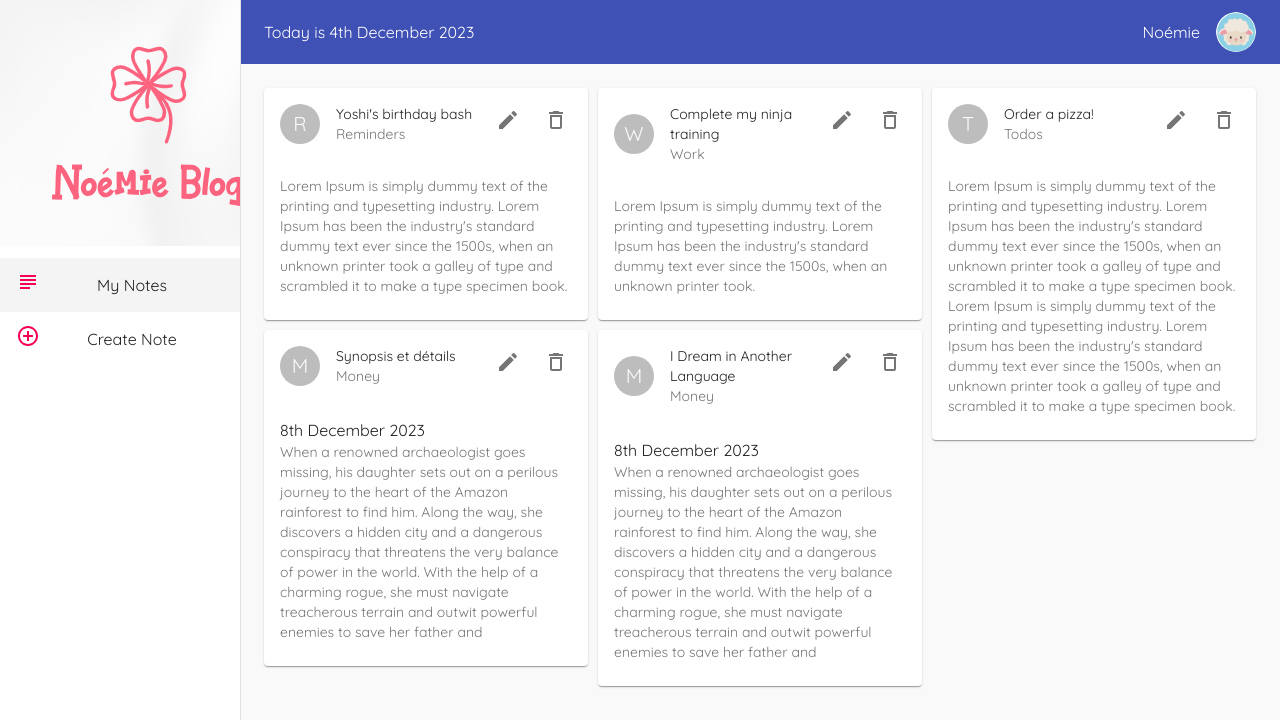
Repository: noemiepham/noemieblognote
Page: /
These files come from the project's save history. The page is drawn as it stood at one moment and after the next save; the edit follows.
The browser window is 1280 px wide. The pictures show the whole page.
The project was rebuilt for these pictures with package versions that can differ from the ones it lists, and the page was loaded fresh each time. Requests to the local data server were answered from the project's data file. Also part of the build but not shown: src/pages/Create.js.

Above is the page before, as saved 2023-12-08 15:30:38.

### public/index.html
<!DOCTYPE html>
<html lang="en">

<head>
  <meta charset="utf-8" />
  <meta name="viewport" content="width=device-width, initial-scale=1" />
  <meta name="theme-color" content="#000000" />
  <meta name="description" content="Web site created using create-react-app" />

  <link rel="stylesheet" href="https://fonts.googleapis.com/css?family=Roboto:300,400,500,700&display=swap" />
  <title>Material UI</title>
</head>

<body>
  <noscript>You need to enable JavaScript to run this app.</noscript>
  <div id="root"></div>
  <!--
      This HTML file is a template.
      If you open it directly in the browser, you will see an empty page.

      You can add webfonts, meta tags, or analytics to this file.
      The build step will place the bundled scripts into the <body> tag.

      To begin the development, run `npm start` or `yarn start`.
      To create a production bundle, use `npm run build` or `yarn build`.
    -->
</body>

</html>

### src/index.css
@import url('https://fonts.googleapis.com/css2?family=Open+Sans:ital,wght@0,400;1,300&family=Quicksand&display=swap');


body {
     margin: 0;
     -webkit-font-smoothing: antialiased;
     -moz-osx-font-smoothing: grayscale;
     background: #f9f9f9;
}

.my-masonry-grid {
     display: -webkit-box;
     /* Not needed if autoprefixing */
     display: -ms-flexbox;
     /* Not needed if autoprefixing */
     display: flex;
     margin-left: -20px;
     /* gutter size offset */
     width: auto;
}

.my-masonry-grid_column {
     padding-left: 20px;
     /* gutter size */
     background-clip: padding-box;
}

.my-masonry-grid_column>div {
     /* change div to reference your elements you put in <Masonry> */
     margin-bottom: 30px;
}

### src/App.js
import React from "react";
import { BrowserRouter, Routes, Route } from "react-router-dom";
import Notes from "./pages/Notes";
import Create from "./pages/Create";
import { createTheme, ThemeProvider } from "@material-ui/core";
import Layout from "./pages/Layout";
const theme = createTheme({
  typography: {
    fontFamily: "Quicksand",
    fontWeightLight: 400,
  },
});

function App() {
  return (
    <ThemeProvider theme={theme}>
      <BrowserRouter>
        <Routes>
          <Route path="/" element={<Layout />}>
            <Route path="" element={<Notes />} />
            <Route path="create" element={<Create />} />
            <Route path="edit/:id" element={<Create />} />
          </Route>
        </Routes>
      </BrowserRouter>
    </ThemeProvider>
  );
}

export default App;

### src/pages/Notes.js
import { useEffect, useState } from "react";
import NoteCard from "../components/NoteCard";
import Masonry, { ResponsiveMasonry } from "react-responsive-masonry";
import { useNavigate } from "react-router-dom";

const Notes = () => {
  const [notes, setNotes] = useState([]);
  const navigate = useNavigate();

  useEffect(() => {
    fetch("http://localhost:8000/notes")
      .then((res) => res.json())
      .then((data) => setNotes(data));
  }, []);

  const handleDelete = async (id) => {
    await fetch("http://localhost:8000/notes/" + id, {
      method: "DELETE",
    });

    const newNotes = notes.filter((note) => note.id !== id);

    setNotes(newNotes);
  };
  const handleEdit = (note) => {
    navigate("/edit/" + note);
  };
  return (
    <ResponsiveMasonry columnsCountBreakPoints={{ 350: 1, 750: 2, 900: 3 }}>
      <Masonry columnsCount={3} gutter="10px">
        {notes.map((note) =>
          note ? (
            <NoteCard
              note={note}
              handleDelete={handleDelete}
              handleEdit={handleEdit}
              spacing={3}
            />
          ) : (
            ""
          )
        )}
      </Masonry>
    </ResponsiveMasonry>
  );
};

export default Notes;

### src/pages/Layout.js
import { Outlet, useLocation, useNavigate } from "react-router-dom";
import { Avatar, Drawer, Typography, makeStyles } from "@material-ui/core";
import List from "@material-ui/core/List";
import ListItem from "@material-ui/core/ListItem";
import ListItemText from "@material-ui/core/ListItemText";
import { AddCircleOutline, SubjectOutlined } from "@material-ui/icons";
import { AppBar, Toolbar } from "@material-ui/core";
import format from "date-fns/format/index";

const drawerWidth = 240;
const useStyles = makeStyles((theme) => {
  return {
    page: {
      background: "#f9f9f9",
      width: "100%",
      padding: theme.spacing(3),
    },
    drawer: {
      width: drawerWidth,
    },
    drawerPaper: {
      width: drawerWidth,
    },
    root: {
      display: "flex",
    },
    active: {
      background: "#f4f4f4",
    },
    title: {
      padding: theme.spacing(3),
    },
    appbar: {
      width: `calc(100% - ${drawerWidth}px)`,
    },
    toolbar: theme.mixins.toolbar,
    date: {
      flexGrow: 1,
    },
    avatar: {
      marginLeft: theme.spacing(2),
    },
  };
});

function Layout() {
  const navigate = useNavigate();
  const location = useLocation();
  const classes = useStyles();
  const menuItems = [
    {
      text: "My Notes",
      icon: <SubjectOutlined color="secondary" />,
      path: "/",
    },
    {
      text: "Create Note",
      icon: <AddCircleOutline color="secondary" />,
      path: "/create",
    },
  ];

  return (
    <div className={classes.root}>
      {/*  App bar */}
      <AppBar className={classes.appbar} elevation={0}>
        <Toolbar>
          <Typography className={classes.date}>
            Today is {format(new Date(), "do MMMM Y")}
          </Typography>
          <Typography>Noémie</Typography>
          <Avatar src="sheep.png" className={classes.avatar} />
        </Toolbar>
      </AppBar>
      {/* side drawer */}
      <Drawer
        className={classes.drawer}
        variant="permanent"
        anchor="left"
        classes={{ paper: classes.drawerPaper }}
      >
        <div>
          <img alt="Remy Sharp" src="NoemieBlog.png" />
        </div>
        <List>
          {menuItems.map((item) => (
            <ListItem
              key={item.text}
              button
              onClick={() => navigate(item.path)}
              className={
                location.pathname === item.path ? classes.active : null
              }
            >
              <ListItemText>{item.icon}</ListItemText>
              <ListItemText primary={item.text} />
            </ListItem>
          ))}
        </List>
      </Drawer>
      <div className={classes.page}>
        <div className={classes.toolbar}></div>
        <Outlet />
      </div>
    </div>
  );
}

export default Layout;

### src/components/NoteCard.js
import {
  Avatar,
  Card,
  CardContent,
  CardHeader,
  Typography,
  makeStyles,
} from "@material-ui/core";
import { IconButton } from "@material-ui/core";
import { yellow, green, pink, blue } from "@material-ui/core/colors";
import { DeleteOutline } from "@material-ui/icons";
import EditIcon from "@material-ui/icons/Edit";

const useStyles = makeStyles({
  avatar: {
    backgroundColor: (note) => {
      console.log(note.category);
      if (note.category === "Work") {
        return yellow[700];
      }
      if (note.category === "Money") {
        return green[500];
      }
      if (note.category === "Todos") {
        return pink[500];
      } else {
        return blue[500];
      }
    },
  },
  style: {
    margin: 20,
  },
});

function NoteCard({ note, handleDelete, handleEdit }) {
  const classes = useStyles(note);
  console.log("sfsqdfdsf", note);
  return (
    <div>
      <Card elevation={1} className={classes.test}>
        <CardHeader
          avatar={
            <Avatar className={classes.avatar}>
              {note.category[0]?.toUpperCase()}
            </Avatar>
          }
          action={
            <div>
              <IconButton onClick={() => handleEdit(note?.id)}>
                <EditIcon />
              </IconButton>
              <IconButton onClick={() => handleDelete(note?.id)}>
                <DeleteOutline />
              </IconButton>
            </div>
          }
          title={note?.title}
          subheader={note?.category}
        />
        <CardContent>
          <Typography>{note?.currentDate}</Typography>
          <Typography variant="body2" color="textSecondary">
            {note?.details}
          </Typography>
        </CardContent>
      </Card>
    </div>
  );
}

export default NoteCard;

### db.json
{
  "notes": [{
      "title": "Yoshi's birthday bash",
      "details": "Lorem Ipsum is simply dummy text of the printing and typesetting industry. Lorem Ipsum has been the industry's standard dummy text ever since the 1500s, when an unknown printer took a galley of type and scrambled it to make a type specimen book.",
      "category": "Reminders",
      "id": 1
    },
    {
      "title": "Complete my ninja training",
      "details": "Lorem Ipsum is simply dummy text of the printing and typesetting industry. Lorem Ipsum has been the industry's standard dummy text ever since the 1500s, when an unknown printer took.",
      "category": "Work",
      "id": 2
    },
    {
      "title": "Order a pizza!",
      "details": "Lorem Ipsum is simply dummy text of the printing and typesetting industry. Lorem Ipsum has been the industry's standard dummy text ever since the 1500s, when an unknown printer took a galley of type and scrambled it to make a type specimen book.\nLorem Ipsum is simply dummy text of the printing and typesetting industry. Lorem Ipsum has been the industry's standard dummy text ever since the 1500s, when an unknown printer took a galley of type and scrambled it to make a type specimen book.",
      "category": "Todos",
      "id": 3
    },
    {
      "title": "Synopsis et détails",
      "details": "When a renowned archaeologist goes missing, his daughter sets out on a perilous journey to the heart of the Amazon rainforest to find him. Along the way, she discovers a hidden city and a dangerous conspiracy that threatens the very balance of power in the world. With the help of a charming rogue, she must navigate treacherous terrain and outwit powerful enemies to save her father and",
      "category": "Money",
      "currentDate": "8th December 2023",
      "id": 12
    },
    {
      "title": "I Dream in Another Language",
      "details": "When a renowned archaeologist goes missing, his daughter sets out on a perilous journey to the heart of the Amazon rainforest to find him. Along the way, she discovers a hidden city and a dangerous conspiracy that threatens the very balance of power in the world. With the help of a charming rogue, she must navigate treacherous terrain and outwit powerful enemies to save her father and",
      "category": "Money",
      "currentDate": "8th December 2023",
      "id": 13
    }
  ]
}

Loaded but not shown: src/index.js (common file)

After the next save:
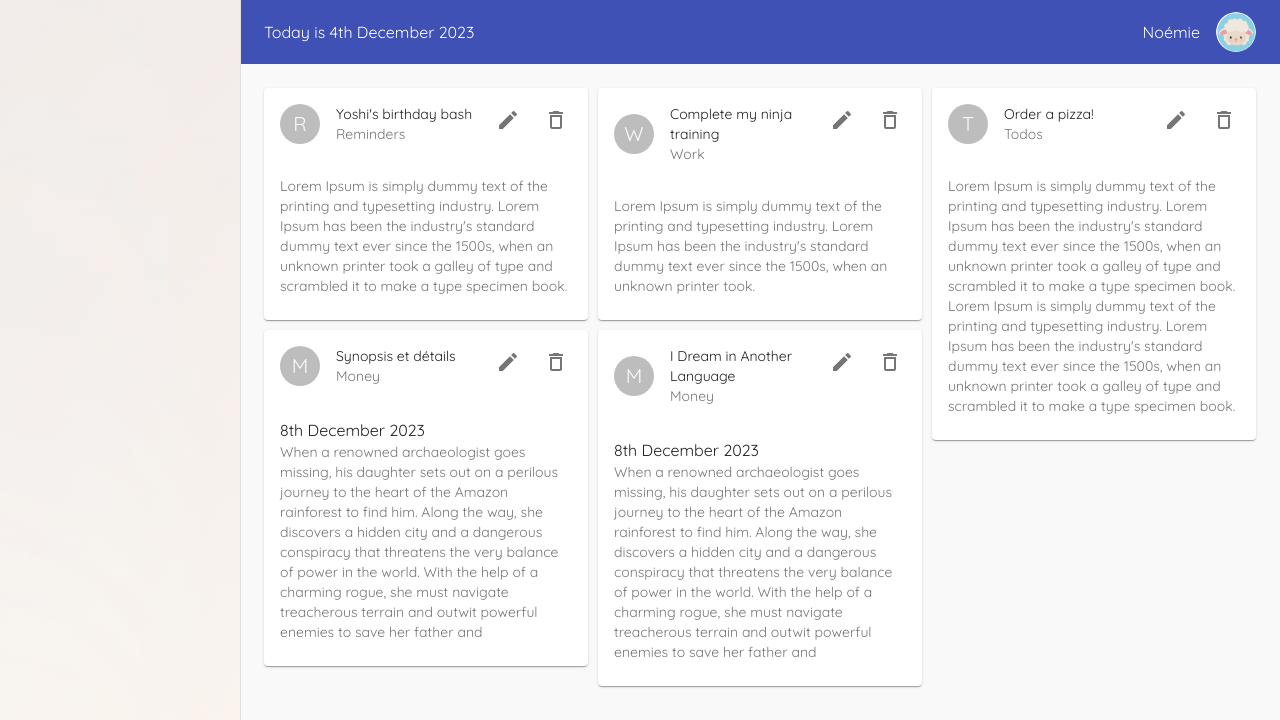
Saved 16 min 36 s later.
--- a/src/pages/Layout.js
+++ b/src/pages/Layout.js
@@ -80,7 +80,7 @@ function Layout() {
         classes={{ paper: classes.drawerPaper }}
       >
         <div>
-          <img alt="Remy Sharp" src="NoemieBlog.png" />
+          <img alt="Remy Sharp" src="MyTam.jpeg" />
         </div>
         <List>
           {menuItems.map((item) => (
